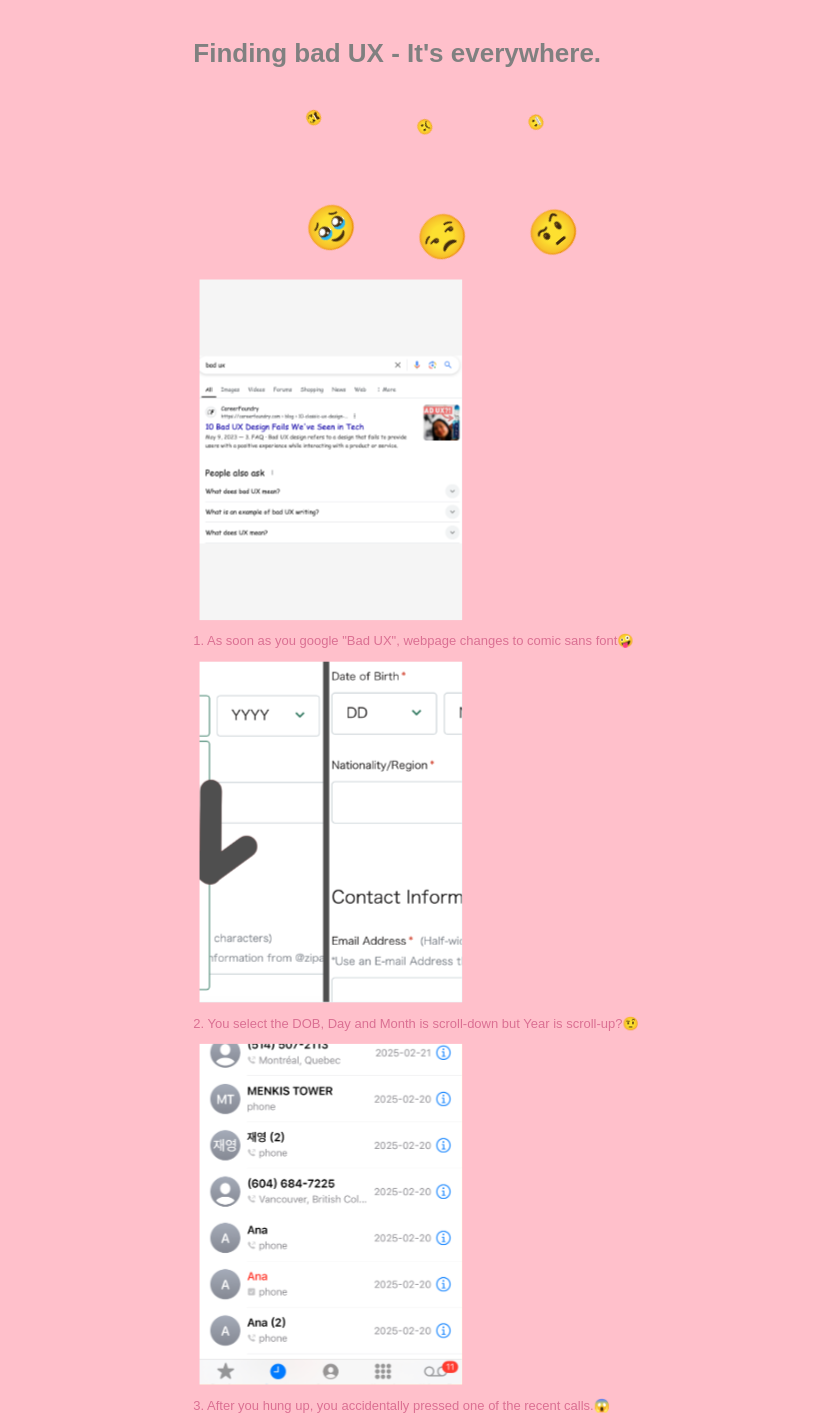
Repository: j1s00jang/MDIA-2109
Page: lesson08/badUX.html
The author's editor kept a copy of each file at every save. The page is drawn from the files as they stood at one save, then again after the next save.
The browser window is 1280 px wide. The pictures show the whole page, at 65% of full size.
Some web libraries are served in a nearby version.

Above is the page before, as saved 2025-03-02 12:52:01.

After the next save:
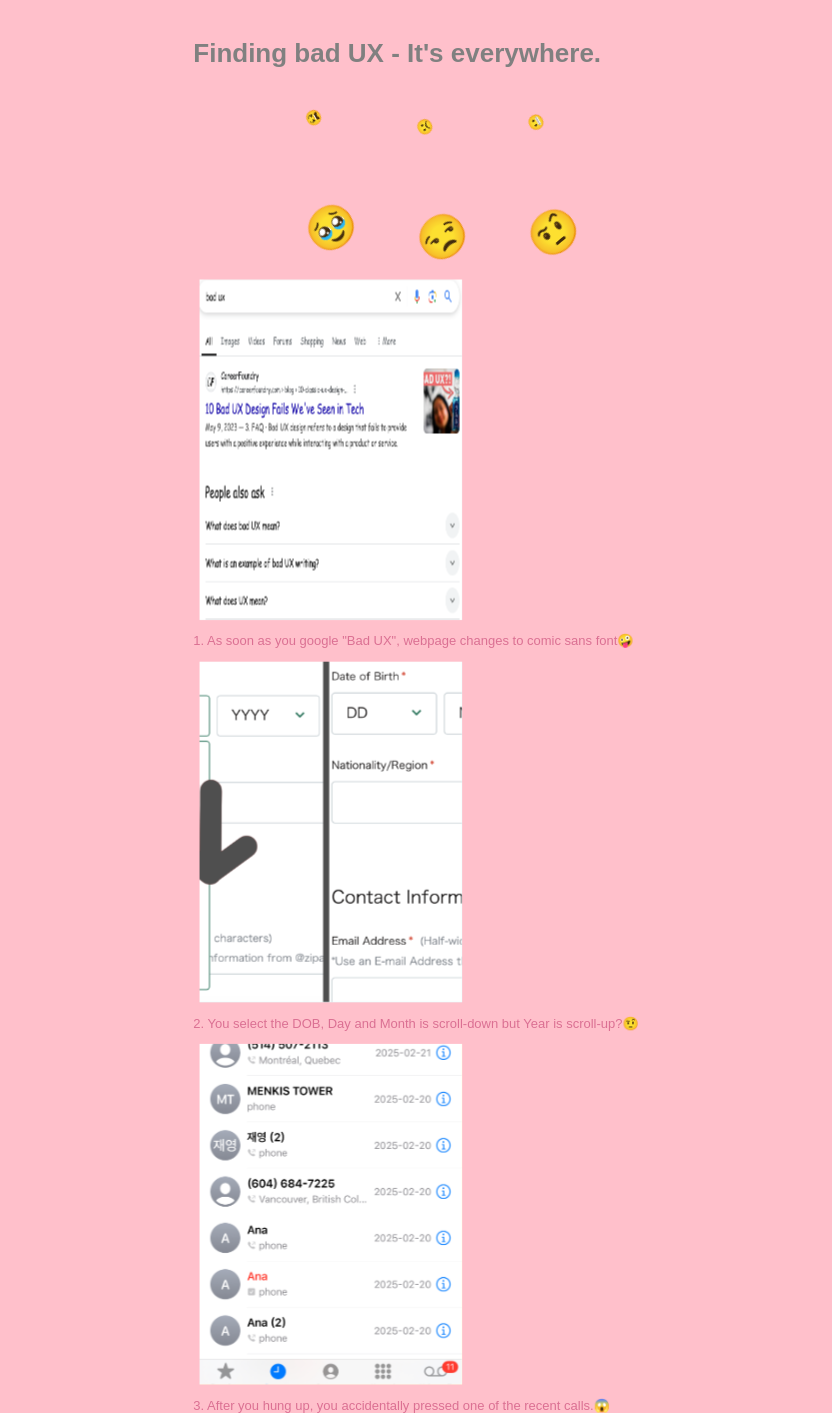
Saved 19 s later.
--- a/css/badUXstyles.css
+++ b/css/badUXstyles.css
@@ -40,7 +40,7 @@
     left: 0;
     width: 100%;
     height: 100%;
-    object-fit: contain;
+    object-fit: fill;
     opacity: 1;
 }
 

After the save that followed:
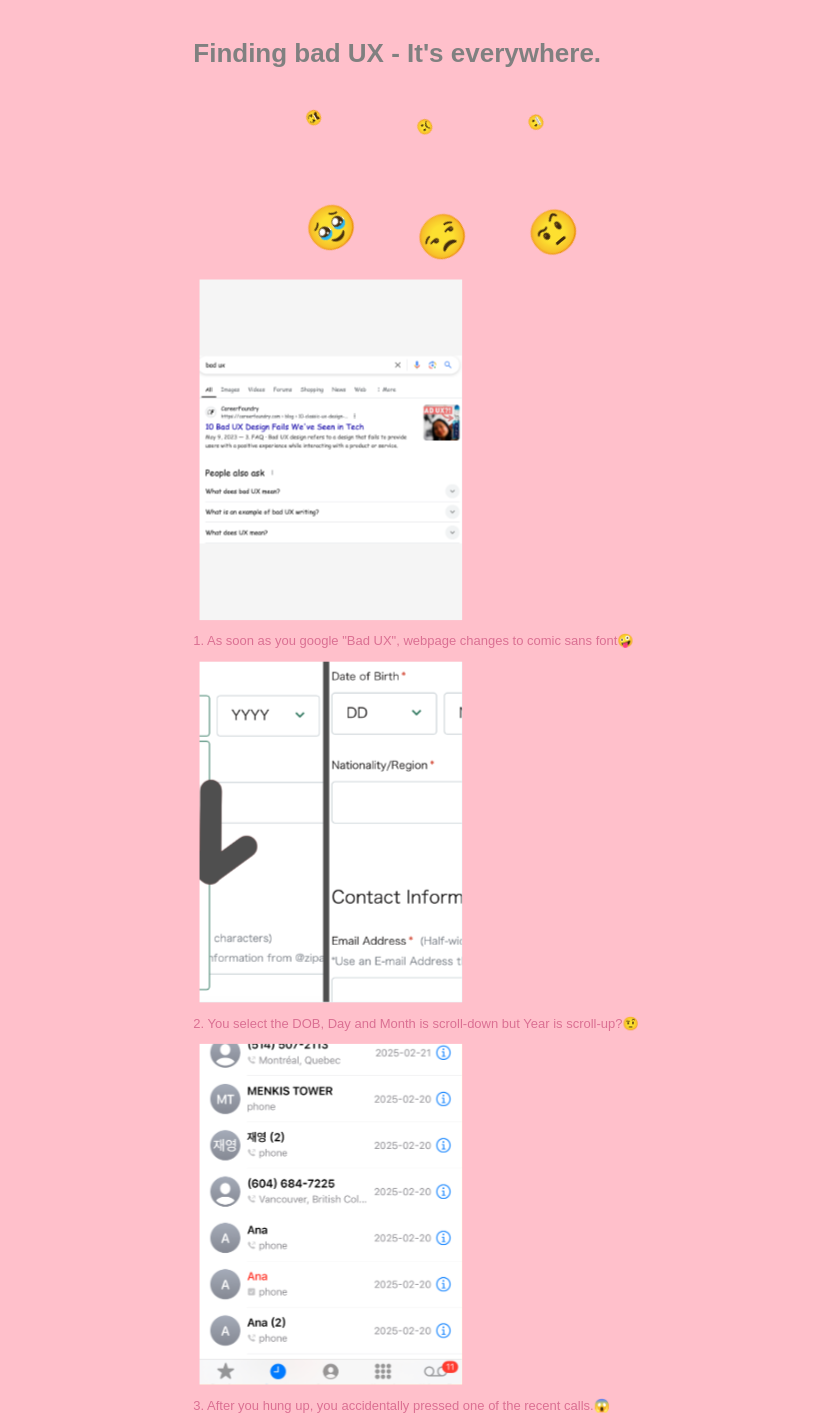
Saved 12 s later.
--- a/css/badUXstyles.css
+++ b/css/badUXstyles.css
@@ -40,7 +40,7 @@
     left: 0;
     width: 100%;
     height: 100%;
-    object-fit: fill;
+    object-fit: contain;
     opacity: 1;
 }
 
